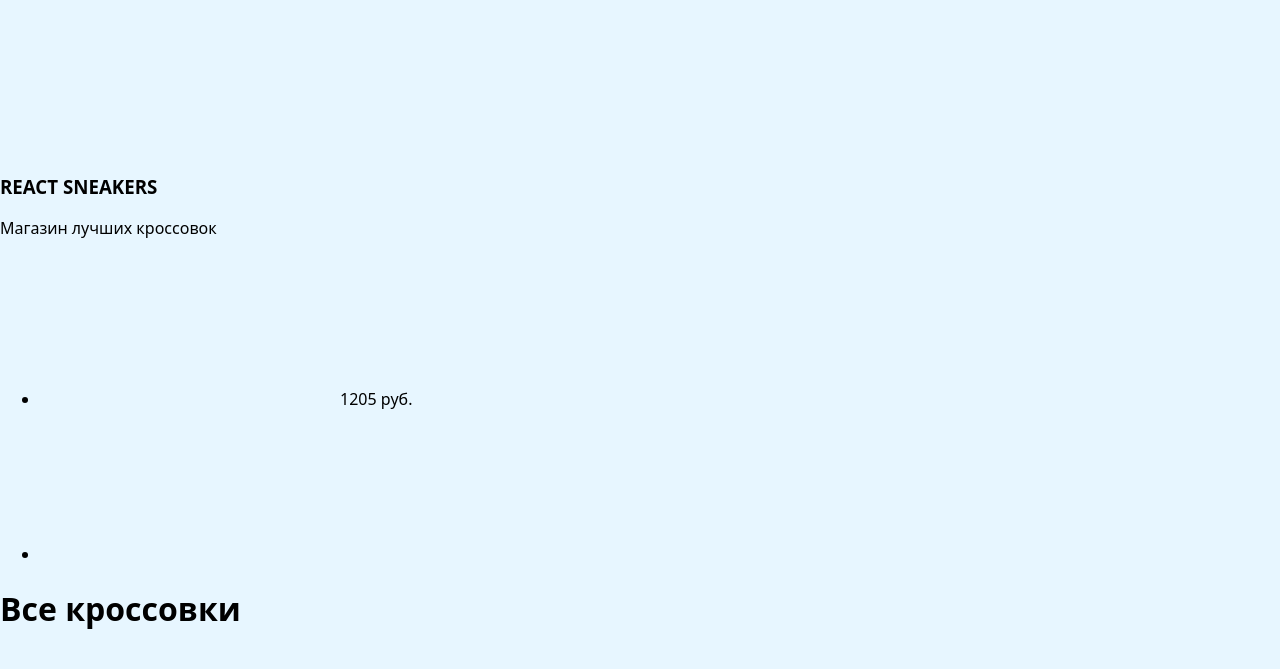
Repository: VaheHarutyunyan/react-sneakers
Page: /
These files come from the project's save history. The page is drawn as it stood at one moment and after the next save; the edit follows.
The browser window is 1280 px wide. The pictures show the whole page.
The project was rebuilt for these pictures with package versions that can differ from the ones it lists, and the page was loaded fresh each time.

Above is the page before, as saved 2021-07-22 12:02:17.

### src/index.scss
body {
  margin: 0;
  font-family: system-ui;
  -webkit-font-smoothing: antialiased;
  -moz-osx-font-smoothing: grayscale;
  background: #E7F6FF;
}

### src/App.js

function App() {
  return (
    <div className="wrapper">
      <header>
        <div className="headerLeft">
          <svg />
          <div className="headerInfo">
            <h3>REACT SNEAKERS</h3>
            <p>Магазин лучших кроссовок</p>
          </div>
        </div>
        <ul className="headerRight">
          <li>
            <svg />
            <span>1205 руб.</span>
          </li>
          <li>
            <svg />
          </li>
        </ul>
      </header>
      <div className="content">
        <h1>Все кроссовки</h1>
      </div>
    </div>
  );
}

export default App;

Loaded but not shown: public/index.html (common file); src/index.js (common file)

After the next save:
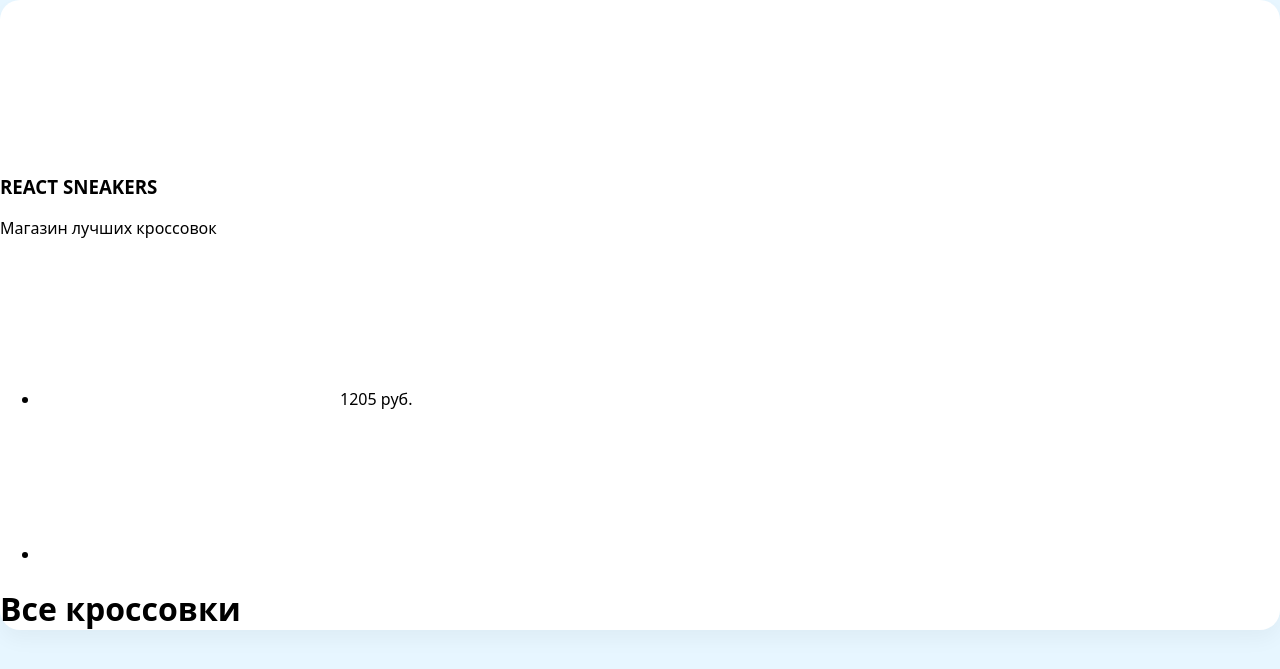
Saved 69 s later.
--- a/src/index.scss
+++ b/src/index.scss
@@ -5,3 +5,8 @@
   -moz-osx-font-smoothing: grayscale;
   background: #E7F6FF;
 }
+.wrapper{
+  background: #FFFFFF;
+  box-shadow: 0px 10px 20px rgba(0, 0, 0, 0.04);
+  border-radius: 20px;
+}
